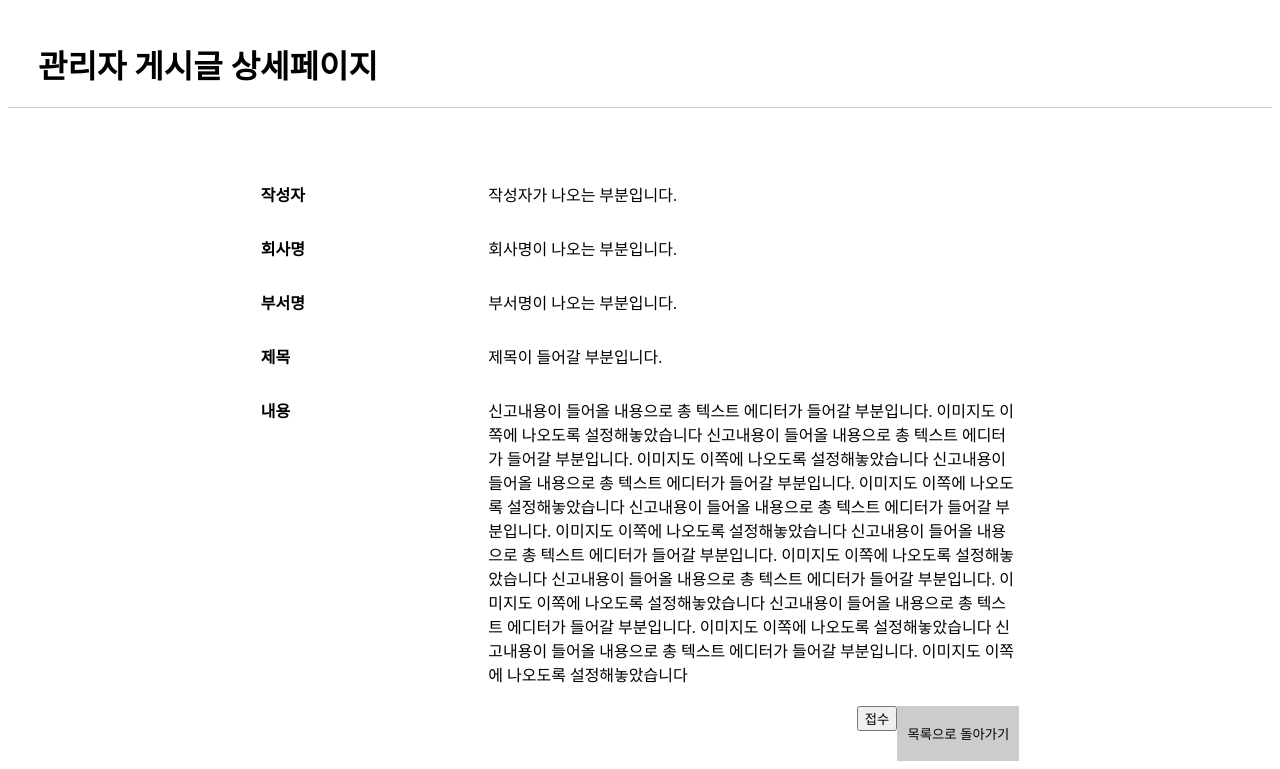
Repository: thdtjdgml415/exVoc
Page: /AdminView/1
These files come from the project's save history. The page is drawn as it stood at one moment and after the next save; the edit follows.
The browser window is 1280 px wide. The pictures show the whole page.
The project was rebuilt for these pictures with package versions that can differ from the ones it lists, and the page was loaded fresh each time. Also part of the build but not shown: src/components/table/CommonTable.css, src/components/table/CommonTable.js, src/components/table/CommonTableColumn.js, src/components/table/CommonTableRow.js, src/components/table/CommonTableWriteBtn.js, src/Page/PostList.js, src/Page/PostMain.js, src/Page/PostView.js and 4 more.

Above is the page before, as saved 2023-01-13 16:02:41.

After the next save:
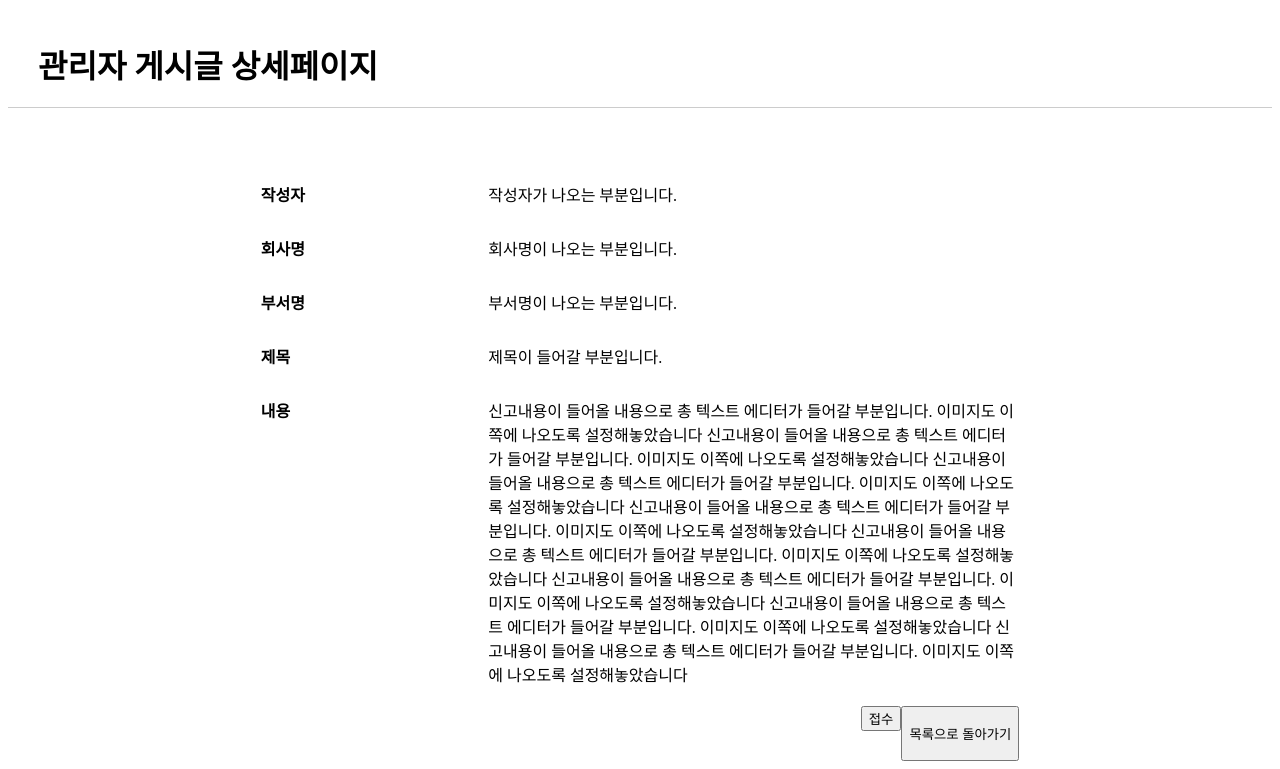
Saved 27 s later.
--- a/src/Page/AdminView.js
+++ b/src/Page/AdminView.js
@@ -70,7 +70,7 @@
                 </AcceptModal>
               </div>
           </React.Fragment>
-          <button className="post-view-go-list-btn" onClick={() => navigator(-1)}>목록으로 돌아가기</button>
+          <button className="post-view-go-list" onClick={() => navigator(-1)}>목록으로 돌아가기</button>
         </div>
       </div>
     </>

After the 3 saves that followed:
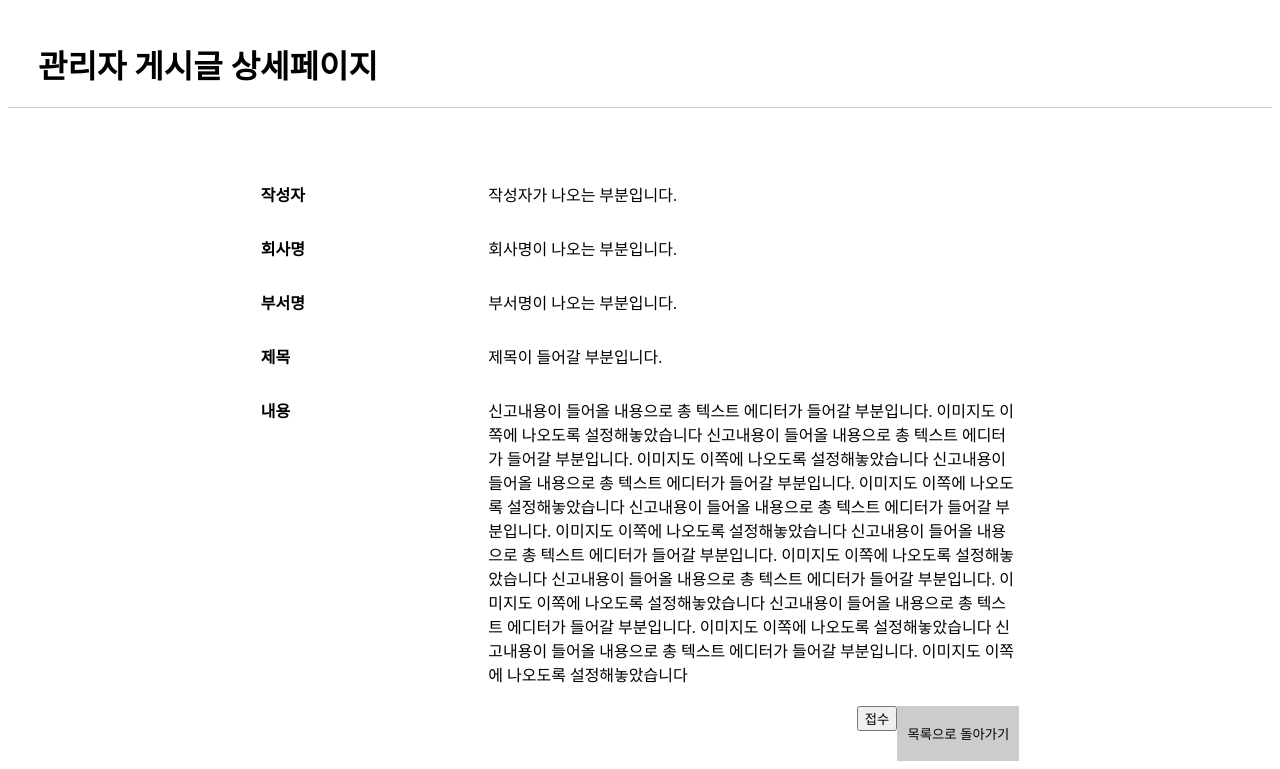
The 3 saves are shown as one change because 1 left the picture as it was and some came seconds apart.
The last was saved 56 s later.
--- a/src/Page/AdminView.js
+++ b/src/Page/AdminView.js
@@ -70,7 +70,7 @@
                 </AcceptModal>
               </div>
           </React.Fragment>
-          <button className="post-view-go-list" onClick={() => navigator(-1)}>목록으로 돌아가기</button>
+          <button className="post-view-go-list-btn" onClick={() => navigator(-1)}>목록으로 돌아가기</button>
         </div>
       </div>
     </>
